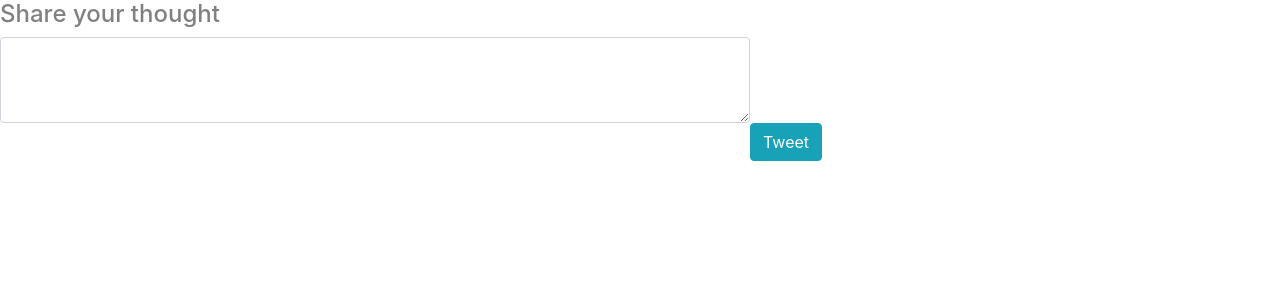
Repository: rashmikagamage/OAuth-Implementation
Page: / (app in frontend/)
An editor plug-in stored every save of this project. The page is shown before and after the next save, followed by the edit.
The browser window is 1280 px wide. The pictures show the whole page.
Some web libraries are served in a nearby version. The project was rebuilt for these pictures with package versions that can differ from the ones it lists, and the page was loaded fresh each time. Also part of the build but not shown: frontend/src/components/login.js, frontend/src/components/git-home.js, frontend/src/App.css.

Above is the page before, as saved 2021-09-08 10:04:03.

### frontend/public/index.html
<!DOCTYPE html>
<html lang="en">
  <head>
    <meta charset="utf-8" />
    <link rel="icon" href="%PUBLIC_URL%/favicon.ico" />
    <meta name="viewport" content="width=device-width, initial-scale=1" />
    <meta name="theme-color" content="#000000" />
    <meta
      name="description"
      content="Web site created using create-react-app"
    />
    <link rel="apple-touch-icon" href="%PUBLIC_URL%/logo192.png" />
    <!--
      manifest.json provides metadata used when your web app is installed on a
      user's mobile device or desktop. See https://developers.google.com/web/fundamentals/web-app-manifest/
    -->
    <link rel="manifest" href="%PUBLIC_URL%/manifest.json" />
    <link rel="stylesheet" href="https://pro.fontawesome.com/releases/v5.13.0/css/all.css">
    <link rel="shortcut icon" href="%PUBLIC_URL%/favicon.ico">
    <!--
      Notice the use of %PUBLIC_URL% in the tags above.
      It will be replaced with the URL of the `public` folder during the build.
      Only files inside the `public` folder can be referenced from the HTML.

      Unlike "/favicon.ico" or "favicon.ico", "%PUBLIC_URL%/favicon.ico" will
      work correctly both with client-side routing and a non-root public URL.
      Learn how to configure a non-root public URL by running `npm run build`.
    -->
    <link rel="stylesheet" href="https://maxcdn.bootstrapcdn.com/bootstrap/4.0.0/css/bootstrap.min.css" integrity="sha384-Gn5384xqQ1aoWXA+058RXPxPg6fy4IWvTNh0E263XmFcJlSAwiGgFAW/dAiS6JXm" crossorigin="anonymous">
    <title>React App</title>

  </head>
  <body>

    <noscript>You need to enable JavaScript to run this app.</noscript>
    <div id="root"></div>
    <!--
      This HTML file is a template.
      If you open it directly in the browser, you will see an empty page.

      You can add webfonts, meta tags, or analytics to this file.
      The build step will place the bundled scripts into the <body> tag.

      To begin the development, run `npm start` or `yarn start`.
      To create a production bundle, use `npm run build` or `yarn build`.
    -->
    <script src="https://code.jquery.com/jquery-3.2.1.slim.min.js" integrity="sha384-KJ3o2DKtIkvYIK3UENzmM7KCkRr/rE9/Qpg6aAZGJwFDMVNA/GpGFF93hXpG5KkN" crossorigin="anonymous"></script>
    <script src="https://cdnjs.cloudflare.com/ajax/libs/popper.js/1.12.9/umd/popper.min.js" integrity="sha384-ApNbgh9B+Y1QKtv3Rn7W3mgPxhU9K/ScQsAP7hUibX39j7fakFPskvXusvfa0b4Q" crossorigin="anonymous"></script>
    <script src="https://maxcdn.bootstrapcdn.com/bootstrap/4.0.0/js/bootstrap.min.js" integrity="sha384-JZR6Spejh4U02d8jOt6vLEHfe/JQGiRRSQQxSfFWpi1MquVdAyjUar5+76PVCmYl" crossorigin="anonymous"></script>
  </body>
</html>

### frontend/src/App.js
import Login from './components/login';
import GitHome from './components/git-home';
import TwitterHome from './components/twitter-home';
import {BrowserRouter as Router, Route} from "react-router-dom";
import './App.css';

function App() {
  return (

    <Router>{
      <div>
          <switch>
              <Route path="/login" component={Login}/>
              <Route path="/auth/github/callback" component={GitHome}/>
              <Route path="/" component={TwitterHome}/>
          </switch>
      </div>
  }

  </Router>
  );
}

export default App;

### frontend/src/components/twitter-home.js
import "../css/twitter.css";
import React, { useState } from "react";
const axios = require("axios").default;

function TwitterHome(props) {

    function tweet(){

    }
  return (
    <div>
      <h4 class="tweetHeader">Share your thought</h4>
         <textarea class="form-control text" id="exampleFormControlTextarea1" rows="3"></textarea>
        <button type="button" class="btn btn-info twt-button" onClick={() => tweet()} >Tweet</button>
    </div>
  );
}

export default TwitterHome;

### frontend/src/css/twitter.css
.login{
    width: 240px;
    margin-top: 50px;
    margin-left: 450px;
}
.margin5{
    margin-top: 55px;
}
.buttonSize{
    width: 250px;
    margin-left: 50px;
}
.text{
    width: 750px;
}
.tweetHeader{
    color:gray;
}

.twt-button{
    margin-left: 750px;
}

Loaded but not shown: frontend/src/index.js (common file); frontend/src/index.css (common file); frontend/src/reportWebVitals.js (common file)

After the next save:
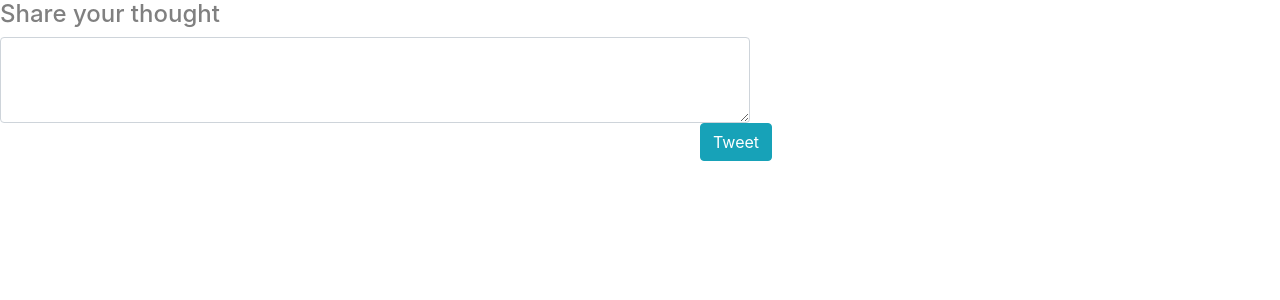
Saved 5 s later.
--- a/frontend/src/css/twitter.css
+++ b/frontend/src/css/twitter.css
@@ -18,5 +18,5 @@
 }
 
 .twt-button{
-    margin-left: 750px;
+    margin-left: 700px;
 }
